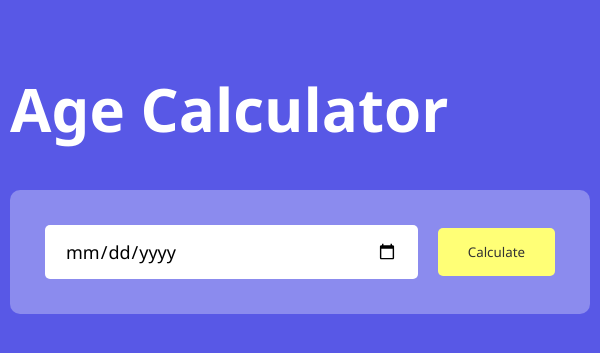
Repository: Thamayanthi-Narayanan/Age-Calculator
Page: index.html
The author's editor kept a copy of each file at every save. The page is drawn from the files as they stood at one save, then again after the next save.
The browser window is 600 px wide. The pictures show the whole page.

Above is the page before, as saved 2025-05-23 15:10:39.

### index.html
<!DOCTYPE html>
<html lang="en">
<head>
    <meta charset="UTF-8">
    <meta name="viewport" content="width=device-width, initial-scale=1.0">
    <title>Age Calculator</title>
    <link rel="stylesheet" href="style.css">
</head>
<body>
    <div class="container">
        <div class="calculator">
            <h1>Age Calculator</h1>
            <div class="input-box">
                <input type="date" id="date">
                <button onclick="calculateAge()">Calculate</button>
            </div>
            <p id="result"></p>
        </div>
    </div>

    <script>
        let userInput = document.getElementById("date");
        // to calculate todays date and past date not the future date
        userInput.max = new Date().toISOString().split("T")[0];
        let result = document.getElementById ("result");
        // function for calculating age

        function calculateAge(){
            let birthDate = new Date(userInput.value); // when we select any date in the input-box that will be stored here

            // then we need the each information day month and yr
            let d1 = birthDate.getDate();
            let m1 = birthDate.getMonth() +1; // +1 is for the month will start from the zero
            let y1 = birthDate.getFullYear();

            // todays date to calculate the diff (current date)
            let today = new Date();

            let d2 = today.getDate();
            let m2 = today.getMonth() +1;
            let y2 = today.getFullYear();

            // save the diff (yr diff)

            let d3, m3, y3;

            y3 = y2 - y1;

            if(m2 >=m1){ // todays month is greater thean birth month
                m3 = m2 - m1;
            }else{
                y3--; // we will dec the value of yrs
                m3 = 12 + m2 - m1;
            }

            // day diff

            if (d2 >=d1){
                d3 = d2 - d1;
            }else {
                m3--;
                d3 = getDaysInMonth(y1, m1) + d2 - d1;
            }
            // if the months get negative bcoz we are minusing m3--
            if(m3 < 0){
                m3 = 11;
                y3--; // we will decrease the yr
            }
            result.innerHTML = `You are <span>${y3}</span> years, <span>${m3}</span> months and <span>${d3}</span> days old`;
        }

        function getDaysInMonth(year,month){
            return new Date(year,month ,0).getDate(); // it will retuen last date of the month
        }
    </script>
</body>
</html>

### style.css
*{
    margin: 0;
    padding: 0;
    font-family: 'Segoe UI', Tahoma, Geneva, Verdana, sans-serif;
    box-sizing: border-box;
}
.container{
    width: 100%;
    min-height: 100vh;
    background-color: rgb(88, 88, 230);
    color: #fff;
    padding: 10px;
}
.calculator{
    width: 100%;
    max-width: 600px;
    margin-left: 10%;
    margin-top: 10%;
}
.calculator h1{
    font-size: 60px;
}
.input-box{
    margin: 40px 0;
    padding: 35px;
    border-radius: 10px;
    background-color: rgba(255, 255, 255, 0.3);
    display: flex;
    align-items: center;
}
.input-box input{
    flex: 1;
    margin-right: 20px;
    padding: 14px 20px;
    border: 0;
    outline: 0;
    font-size: 18px;
    border-radius: 5px;
    position: relative;
}
.input-box button{
    background: #ffff76;
    border: 0;
    outline: 0;
    padding: 15px 30px;
    border-radius: 5px;
    font-weight: 500;
    color: #333;
    cursor: pointer;
}

#result{
    font-size: 20px;
}
#result span{
    color: #f6f87ce5;
}

@media (min-width:768px){
    .input-box{
        flex-direction: row;
        align-items: center;
    }
    .input-box input{
        flex: 1;
        margin-right: 20px;
    }
    .input-box button{
        white-space: nowrap;
    }
}

@media (max-width: 767px){
    .calculator{
        margin-left: 0;
        margin-top: ;
    }
}

After the next save:
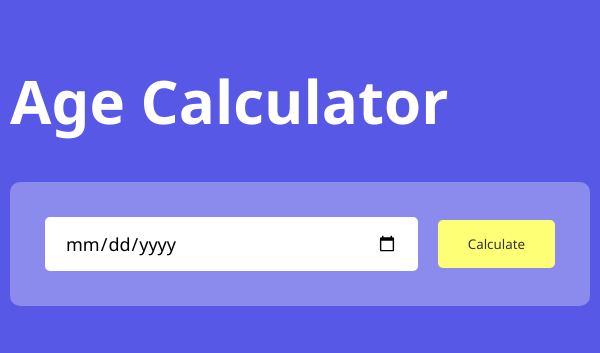
Saved 6 s later.
--- a/style.css
+++ b/style.css
@@ -73,6 +73,7 @@
 @media (max-width: 767px){
     .calculator{
         margin-left: 0;
-        margin-top: ;
+        margin-top: 50px;
+        pa
     }
 }
